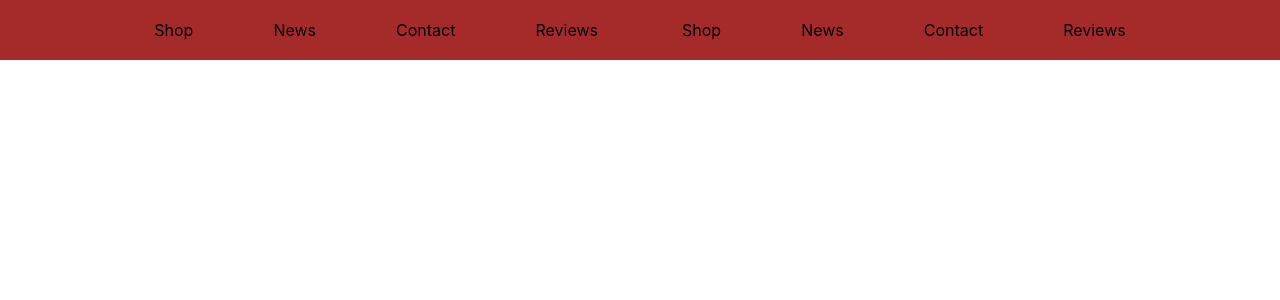
Repository: tusharpasricha/owlsomecoffee
Page: /
These files come from the project's save history. The page is drawn as it stood at one moment and after the next save; the edit follows.
The browser window is 1280 px wide. The pictures show the whole page.
The project was rebuilt for these pictures with package versions that can differ from the ones it lists, and the page was loaded fresh each time.

Above is the page before, as saved 2021-09-27 08:49:54.

### src/App.js

//import './App.css';
import Navbar from './components/navbar';
import Bar from './components/bar';

function App() {
  return (
    <div className="App">
     <Navbar>
     </Navbar>
     <Bar></Bar>

    </div>
  );
}

export default App;

### src/components/navbar.js
import React from 'react'
import './navbar.css'

const Navbar = () => {
    return (
    <div className="nav">
<ul>
  <li><a href="default.asp">Shop</a></li>
  <li><a href="news.asp">News</a></li>
  <li><a href="contact.asp">Contact</a></li>
  <li><a href="about.asp">Reviews</a></li>
</ul>
    </div>
    )
}

export default Navbar

### src/components/bar.js
import React from 'react'

const Bar = () => {
    return (
        <div>
<ul>
  <li><a href="default.asp">Shop</a></li>
  <li><a href="news.asp">News</a></li>
  <li><a href="contact.asp">Contact</a></li>
  <li><a href="about.asp">Reviews</a></li>
</ul>
        </div>
    )
}

export default Bar

### src/components/navbar.css
*{
    margin: 0%;

}
div{
    background-color: brown;
    display: flex;
    justify-content: center;
    height: 60px;
    align-items: center;
}
 ul{

     display: flex;
     list-style-type: none;
     justify-content: center;
     padding: 2px;
 }
 li{
     padding-right: 40px;
     padding-left: 40px;
 }
 a{
     text-decoration: none;
     color: black;
 }

Loaded but not shown: public/index.html (common file); src/index.js (common file); src/index.css (common file)

After the next save:
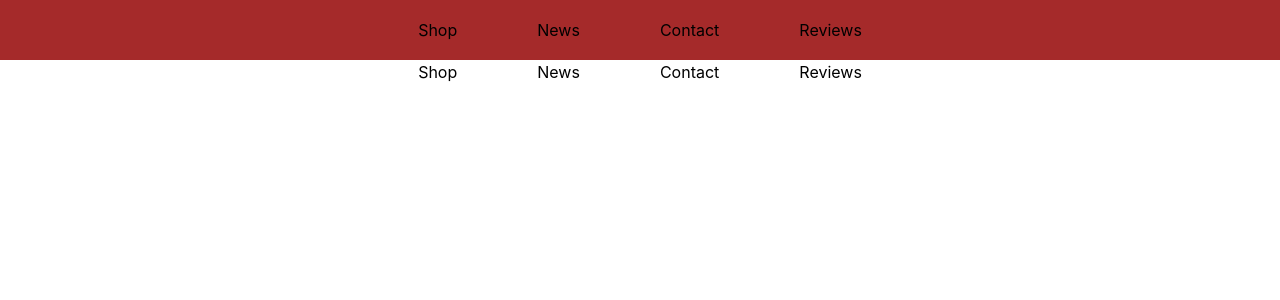
Saved 44 s later.
--- a/src/components/navbar.css
+++ b/src/components/navbar.css
@@ -2,7 +2,7 @@
     margin: 0%;
 
 }
-div{
+.nav{
     background-color: brown;
     display: flex;
     justify-content: center;
